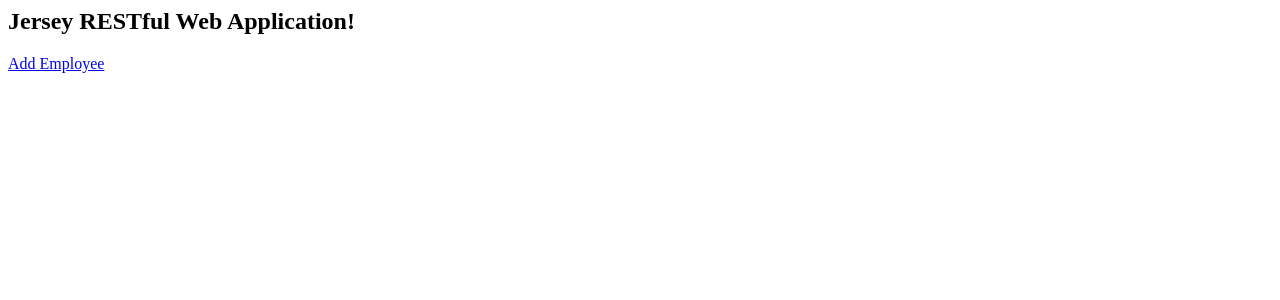
Repository: Vidhya2796/ATPTrainingFoldersJEECloud
Page: http://localhost/assignment5/
An editor plug-in stored every save of this project. The page is shown before and after the next save, followed by the edit.
The browser window is 1280 px wide. The pictures show the whole page.
The page is served by Tomcat 9.

Above is the page before, as saved 2018-12-20 12:43:41.

After the next save:
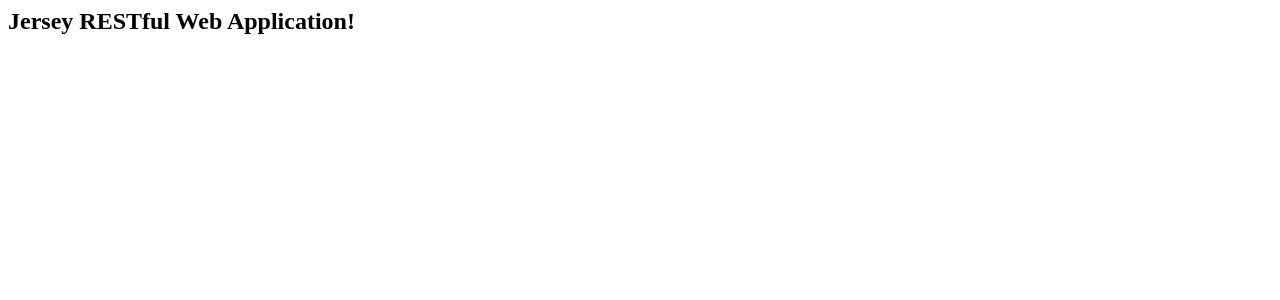
Saved 3 min 40 s later.
--- a/SpringREST/assignment5/src/main/webapp/index.jsp
+++ b/SpringREST/assignment5/src/main/webapp/index.jsp
@@ -5,7 +5,7 @@
     <p>Visit <a href="http://jersey.java.net">Project Jersey website</a>
     for more information on Jersey! -->
 
-    <p><a href="webapi/add">Add Employee</a>
+    <!-- <p><a href="webapi/add">Add Employee</a> -->
 
 
 </body>

After the save that followed:
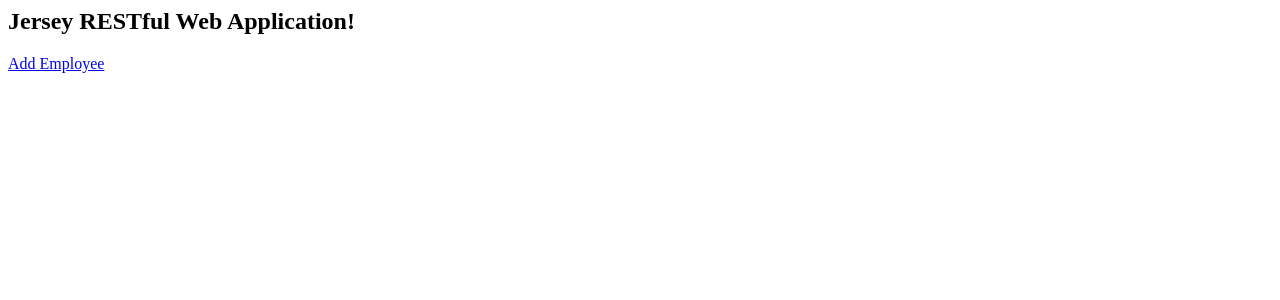
Saved 7 min 15 s later.
--- a/SpringREST/assignment5/src/main/webapp/index.jsp
+++ b/SpringREST/assignment5/src/main/webapp/index.jsp
@@ -5,7 +5,7 @@
     <p>Visit <a href="http://jersey.java.net">Project Jersey website</a>
     for more information on Jersey! -->
 
-    <!-- <p><a href="webapi/add">Add Employee</a> -->
+    <p><a href="webapi/add">Add Employee</a>
 
 
 </body>
